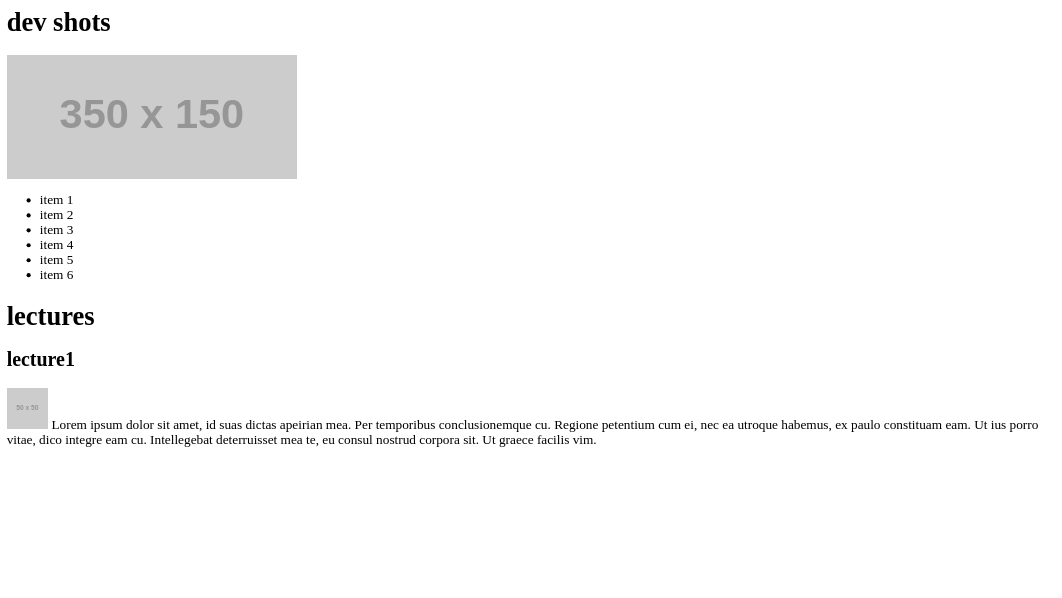
Repository: innaplx/exercises-devshots-html4-part1
Page: index.html
These files come from the project's save history. The page is drawn as it stood at one moment and after the next save; the edit follows.
The browser window is 1280 px wide. The pictures show the whole page, at 83% of full size.

Above is the page before, as saved 2018-08-17 18:27:44.

After the next save:
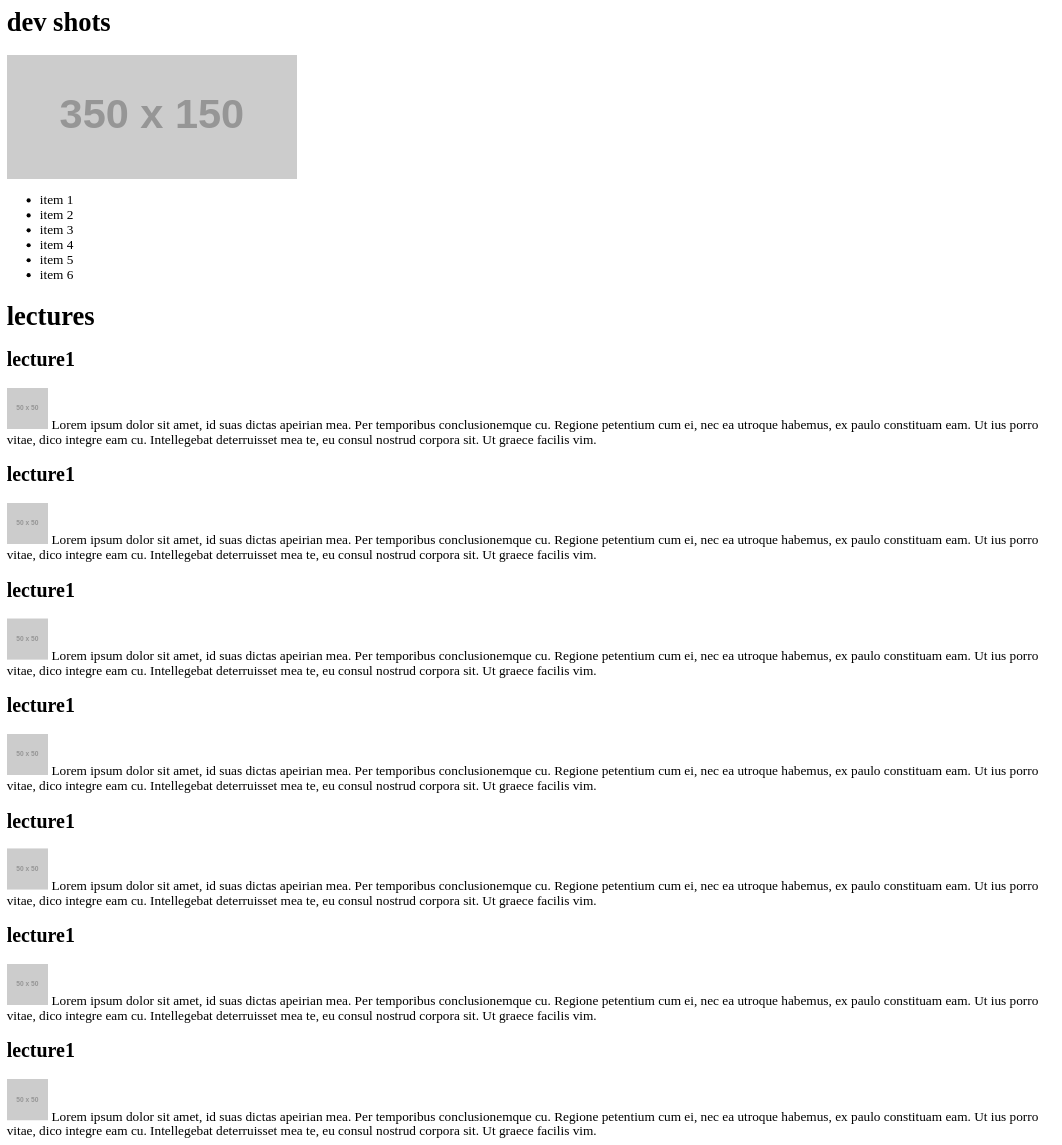
Saved 76 s later.
--- a/index.html
+++ b/index.html
@@ -23,7 +23,36 @@
                 <a href="https://placeholder.com"><img src="https://via.placeholder.com/50x50"></a>
                 <text>Lorem ipsum dolor sit amet, id suas dictas apeirian mea. Per temporibus conclusionemque cu. Regione petentium cum ei, nec ea utroque habemus, ex paulo constituam eam. Ut ius porro vitae, dico integre eam cu. Intellegebat deterruisset mea te, eu consul nostrud corpora sit. Ut graece facilis vim.</text>
             </div>
-
+            <div>
+                    <h2>lecture1</h2>
+                    <a href="https://placeholder.com"><img src="https://via.placeholder.com/50x50"></a>
+                    <text>Lorem ipsum dolor sit amet, id suas dictas apeirian mea. Per temporibus conclusionemque cu. Regione petentium cum ei, nec ea utroque habemus, ex paulo constituam eam. Ut ius porro vitae, dico integre eam cu. Intellegebat deterruisset mea te, eu consul nostrud corpora sit. Ut graece facilis vim.</text>
+                </div>
+                <div>
+                        <h2>lecture1</h2>
+                        <a href="https://placeholder.com"><img src="https://via.placeholder.com/50x50"></a>
+                        <text>Lorem ipsum dolor sit amet, id suas dictas apeirian mea. Per temporibus conclusionemque cu. Regione petentium cum ei, nec ea utroque habemus, ex paulo constituam eam. Ut ius porro vitae, dico integre eam cu. Intellegebat deterruisset mea te, eu consul nostrud corpora sit. Ut graece facilis vim.</text>
+                    </div>
+                    <div>
+                            <h2>lecture1</h2>
+                            <a href="https://placeholder.com"><img src="https://via.placeholder.com/50x50"></a>
+                            <text>Lorem ipsum dolor sit amet, id suas dictas apeirian mea. Per temporibus conclusionemque cu. Regione petentium cum ei, nec ea utroque habemus, ex paulo constituam eam. Ut ius porro vitae, dico integre eam cu. Intellegebat deterruisset mea te, eu consul nostrud corpora sit. Ut graece facilis vim.</text>
+                        </div>
+                        <div>
+                                <h2>lecture1</h2>
+                                <a href="https://placeholder.com"><img src="https://via.placeholder.com/50x50"></a>
+                                <text>Lorem ipsum dolor sit amet, id suas dictas apeirian mea. Per temporibus conclusionemque cu. Regione petentium cum ei, nec ea utroque habemus, ex paulo constituam eam. Ut ius porro vitae, dico integre eam cu. Intellegebat deterruisset mea te, eu consul nostrud corpora sit. Ut graece facilis vim.</text>
+                            </div>
+                            <div>
+                                    <h2>lecture1</h2>
+                                    <a href="https://placeholder.com"><img src="https://via.placeholder.com/50x50"></a>
+                                    <text>Lorem ipsum dolor sit amet, id suas dictas apeirian mea. Per temporibus conclusionemque cu. Regione petentium cum ei, nec ea utroque habemus, ex paulo constituam eam. Ut ius porro vitae, dico integre eam cu. Intellegebat deterruisset mea te, eu consul nostrud corpora sit. Ut graece facilis vim.</text>
+                                </div>
+                                <div>
+                                        <h2>lecture1</h2>
+                                        <a href="https://placeholder.com"><img src="https://via.placeholder.com/50x50"></a>
+                                        <text>Lorem ipsum dolor sit amet, id suas dictas apeirian mea. Per temporibus conclusionemque cu. Regione petentium cum ei, nec ea utroque habemus, ex paulo constituam eam. Ut ius porro vitae, dico integre eam cu. Intellegebat deterruisset mea te, eu consul nostrud corpora sit. Ut graece facilis vim.</text>
+                                    </div>
     </body>
 
 
